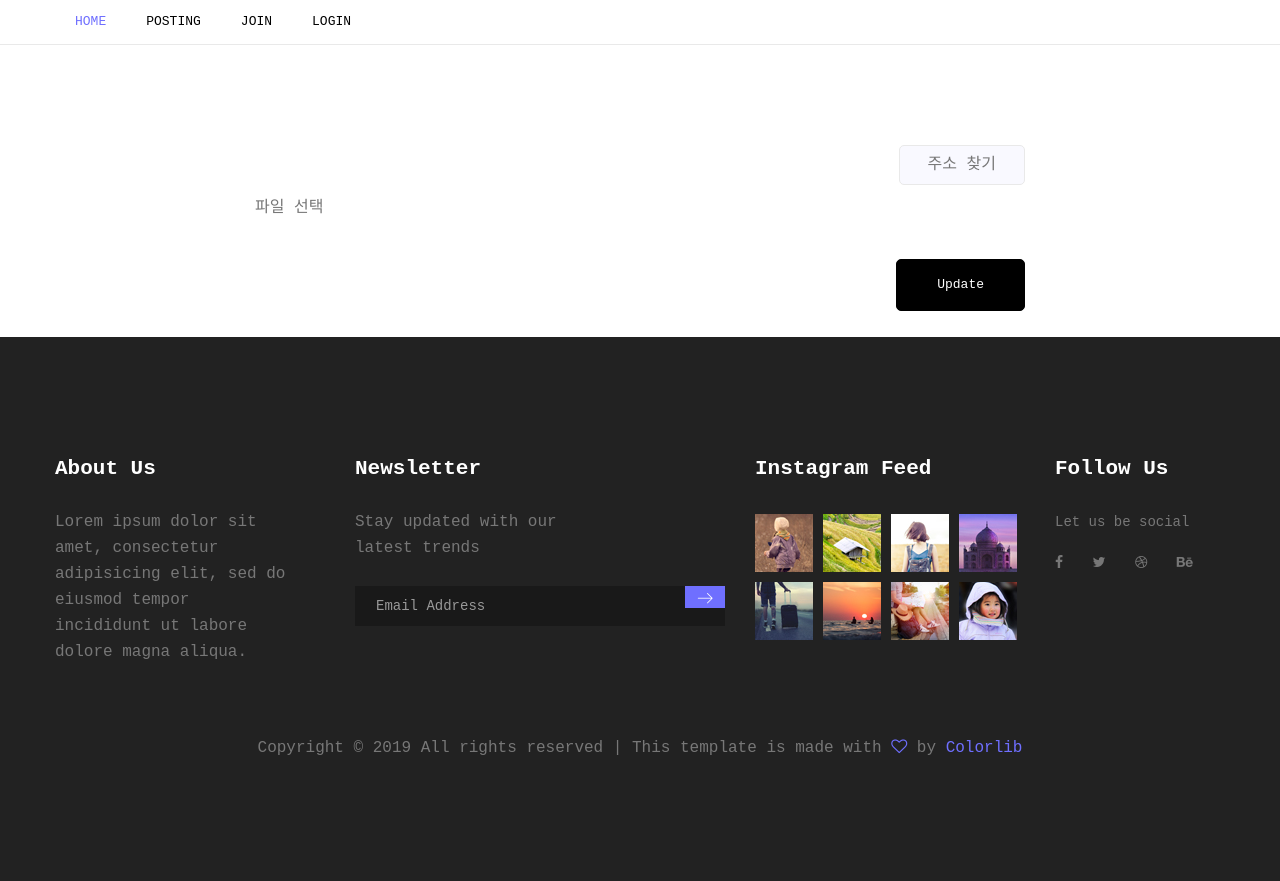
Repository: juneyj114/jspblog
Page: http://localhost/blog/user/userProfileForm.jsp
The author's editor kept a copy of each file at every save. The page is drawn from the files as they stood at one save, then again after the next save.
The browser window is 1280 px wide. The pictures show the whole page.
Some web fonts or font styles are not loaded; a fallback is used. The page is served by Tomcat 9.

Above is the page before, as saved 2019-11-13 05:39:42.

After the next save:
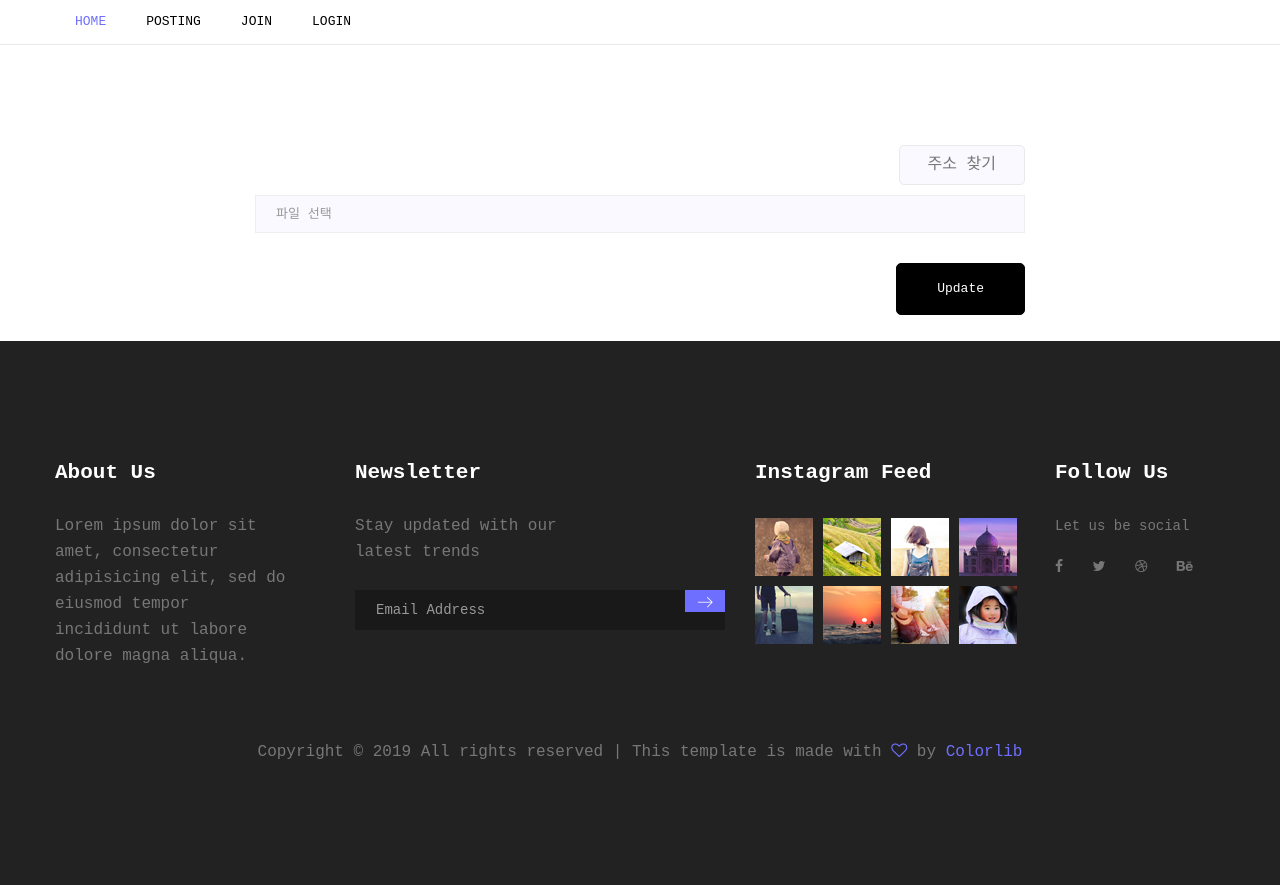
Saved 25 s later.
--- a/blog/WebContent/user/userProfileForm.jsp
+++ b/blog/WebContent/user/userProfileForm.jsp
@@ -17,7 +17,7 @@
 					</div>
 					<div class="col-md-12">
 						<div class="form-group">
-							<label for="filename">파일 선택</label>
+							<label for="filename" class="form-control">파일 선택</label>
 							<input type="file" id="filename" class="form-control" name="userProfile" hidden readonly >
 						</div>
 					</div>
